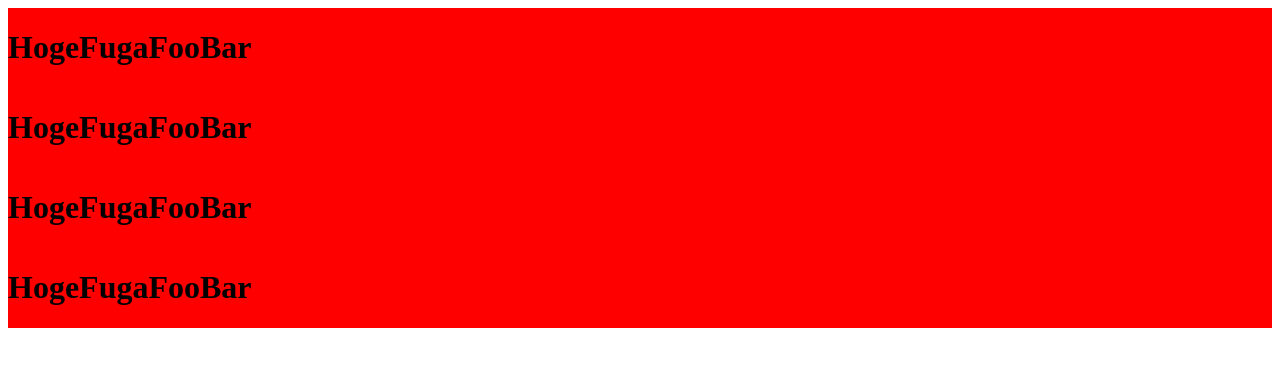
Repository: KAZMA5/samurai_HTML-CSS
Page: 9章ナビ/14章/index4.html
The author's editor kept a record of every edit. The page is drawn from the files as they stood at one moment, then again after the next edit.
The browser window is 1280 px wide. The pictures show the whole page.

Above is the page before.

### 9章ナビ/14章/index4.html
<html lang="ja">
    <head>
        <style>
            #sort {
                display: flex;
                flex-direction: row;
                background: red;
            }

            #reverse {
                display: flex;
                flex-direction: row-reverse;
                background-color: yellow;
            }

            #column {
                display: flex;
                flex-direction: column;
                background-color: blue;
            }

            #column-reverse {
                display: flex;
                flex-direction: column-reverse;
                background-color: green;
            }
        </style>
    </head>
    <body>
        <div id="sort">
            <h1>Hoge</h1>
            <h1>Fuga</h1>
            <h1>Foo</h1>
            <h1>Bar</h1>
        </div>

        <div id="sort">
            <h1>Hoge</h1>
            <h1>Fuga</h1>
            <h1>Foo</h1>
            <h1>Bar</h1>
        </div>

        <div id="sort">
            <h1>Hoge</h1>
            <h1>Fuga</h1>
            <h1>Foo</h1>
            <h1>Bar</h1>
        </div>

        <div id="sort">
            <h1>Hoge</h1>
            <h1>Fuga</h1>
            <h1>Foo</h1>
            <h1>Bar</h1>
        </div>
    </body>
</html>

After the next edit:
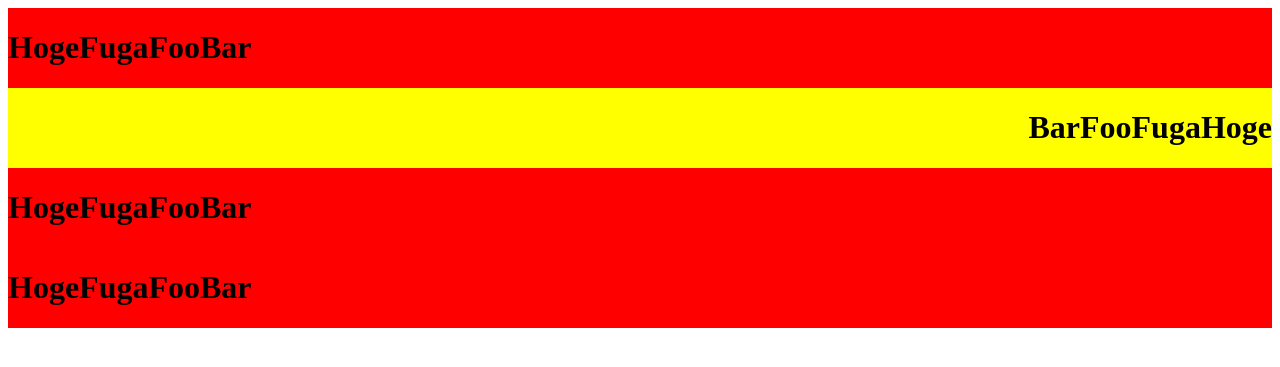
The edit:
--- a/9章ナビ/14章/index4.html
+++ b/9章ナビ/14章/index4.html
@@ -34,7 +34,7 @@
             <h1>Bar</h1>
         </div>
 
-        <div id="sort">
+        <div id="reverse">
             <h1>Hoge</h1>
             <h1>Fuga</h1>
             <h1>Foo</h1>
